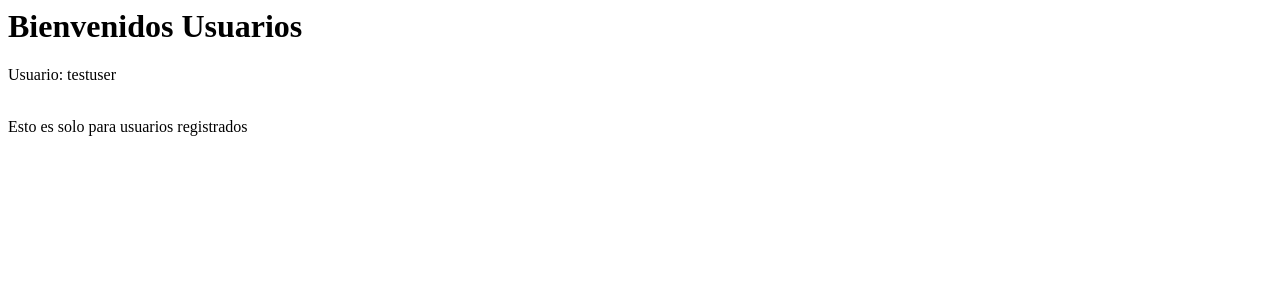
Repository: dasafo/PHP_MySQL_curso
Page: http://localhost/UsuariosRegistrados2.php
The author's editor kept a copy of each file at every save. The page is drawn from the files as they stood at one save, then again after the next save.
The browser window is 1280 px wide. The pictures show the whole page.
The page is run by PHP 8.4 with error messages shown; the project is at /var/www/html/. The session is filled in as if someone had signed in: {"usuario": "testuser"}. Other server files are loaded and not shown.

Above is the page before, as saved 2018-11-09 17:48:09.

### SistemaLogin_39/UsuariosRegistrados2.php
<!DOCTYPE HTML PUBLIC "-//W3C//DTD HTML 4.01 Frameset//EN">
<html>
<head>
<meta http-equiv="Content-Type" content="text/html; charset=UTF-8">
<title>Insert title here</title>
</head>

<body>

	<?php

	   session_start(); //reanudamos la sesión

	   if(!isset($_SESSION["usuario"])){ //lo hacemos para que no se pueda pegar esta pagina en otro navegador y poder entrar sin pasar por Password

	       header("Location:Login.php");
	   }


	?>

   <h1>Bienvenidos Usuarios</h1>

   <?php

    echo "Usuario: " . $_SESSION["usuario"] . "<br><br>";

   ?>
   <p>Esto es solo para usuarios registrados</p>

</body>

</html>

After the next save:
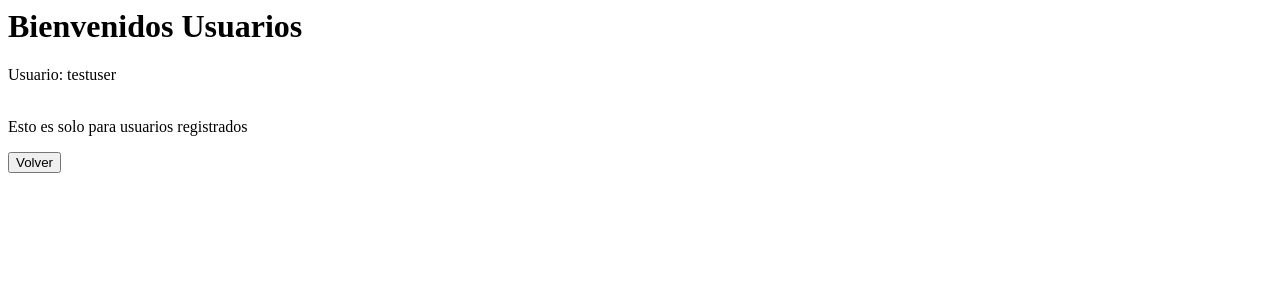
Saved 4 min 39 s later.
--- a/SistemaLogin_39/UsuariosRegistrados2.php
+++ b/SistemaLogin_39/UsuariosRegistrados2.php
@@ -26,7 +26,10 @@
     echo "Usuario: " . $_SESSION["usuario"] . "<br><br>";
 
    ?>
+
    <p>Esto es solo para usuarios registrados</p>
+
+   <input type="submit" name="enviar" value="Volver" href="UsuariosRegistrados.php">
 
 </body>
 
